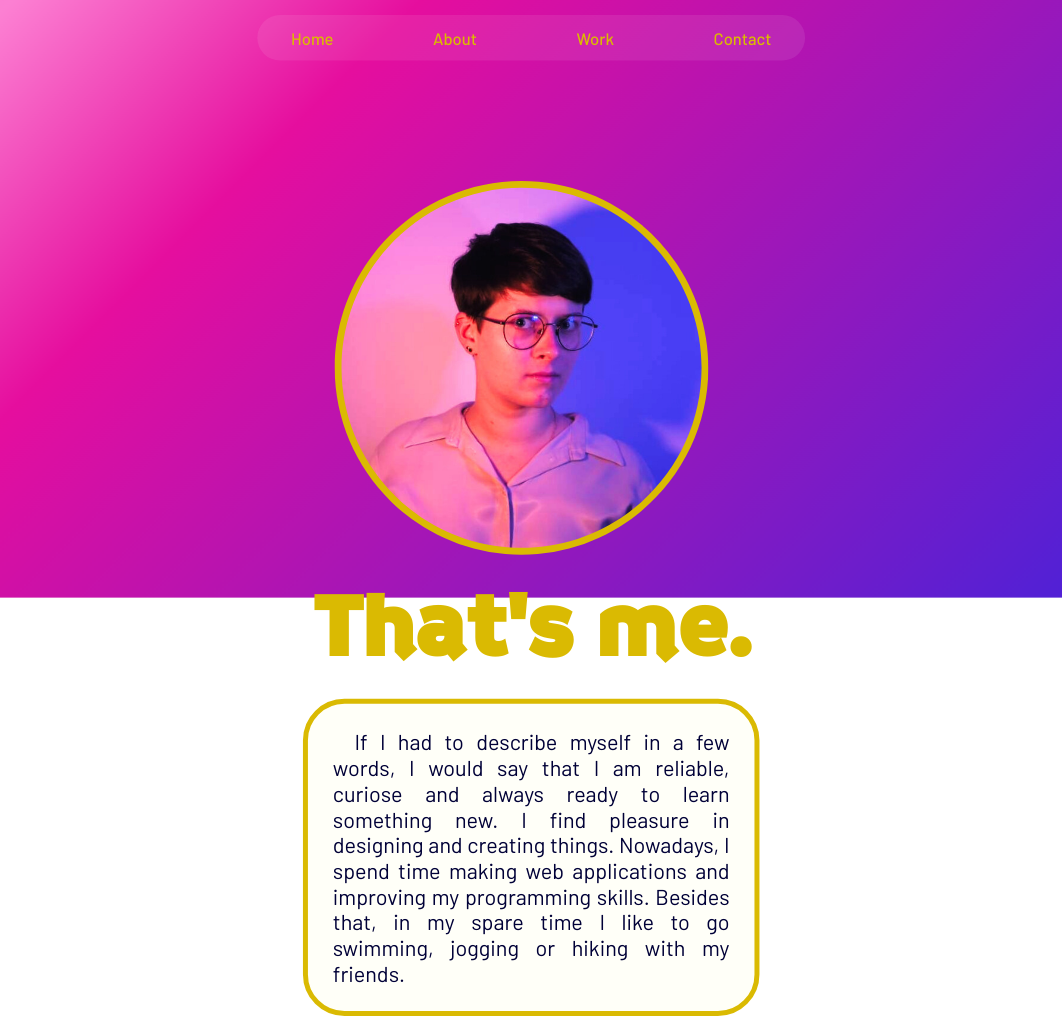
Repository: JJonka/portfolio_site
Page: /about
The author's editor kept a copy of each file at every save. The page is drawn from the files as they stood at one save, then again after the next save.
The browser window is 1280 px wide. The pictures show the whole page, at 83% of full size.
The project was rebuilt for these pictures with package versions that can differ from the ones it lists, and the page was loaded fresh each time. Also part of the build but not shown: vite.config.ts, src/pages/HomePage.tsx, src/components/LogoIcon.module.scss, src/components/LogoIcon.tsx, src/pages/Contact.tsx, src/pages/Work.module.scss, src/pages/Work.tsx.

Above is the page before, as saved 2023-10-08 16:10:41.

### index.html
<!doctype html>
<html lang="en">
  <head>
    <meta charset="UTF-8" />
    <link rel="icon" href="./src/assets/jj_logo.svg">
    <meta name="viewport" content="width=device-width, initial-scale=1.0" />
    <title>Joanna Jurasz - software developer</title>
  </head>
  <body>
    <div id="root"></div>
    <script type="module" src="/src/index.tsx"></script>
  </body>
</html>

### src/index.tsx
import React from 'react';
import ReactDOM from 'react-dom/client';
import App from './App';
import { BrowserRouter } from 'react-router-dom';


const root = ReactDOM.createRoot( document.getElementById('root') as HTMLElement);

root.render(
  <BrowserRouter>
    <App />
  </BrowserRouter>
);

### src/App.tsx
import { Routes, Route } from 'react-router-dom';
import HomePage from './pages/HomePage';
import About from './pages/About';
import Contact from './pages/Contact';
import Work from './pages/Work';
import './App.css'


const App = () => {
    return (
      <div>
      <div className='mainBackground' />
      <div className='layer1' />
      <div className='layer2' />

      <Routes>
        <Route path='/' element={ <HomePage /> } />
        <Route path='/about' element={ <About /> } />
        <Route path='/work' element={ <Work /> } />
        <Route path='/contact' element={ <Contact /> }/>
      </Routes>
      </div>
    )
}

export default App;

### src/pages/About.tsx
import Menu from "../components/Menu";
import styles from "./About.module.scss"
import EndOfSection from "../components/EndOfSection";

const About = () => {
    return (
        <div className={styles.card}>
            <Menu></Menu>
            <div className={styles.container}>
                <img src="/src/assets/jj.svg" className={styles.image} alt="Jo_pic"></img>
                <div className={styles.text}>
                    <h1 className={styles.header}>That's me.</h1>
                    <div className={styles.box}>
                        <p className={styles.aboutMe}>&emsp;If I had to describe myself in a few words, I would say that I am reliable,
                            curiose and always ready to learn something new. I find pleasure in designing and creating things. Nowadays,
                            I spend time making web applications and improving my programming skills. Besides that, in my spare time
                            I like to go swimming, jogging or hiking with my friends.
                        </p>
                    </div>
                </div>

            </div>
            <EndOfSection></EndOfSection>
        </div>
    )
};

export default About;

### src/App.css
@font-face {
  font-family: 'Barlow-Light';
  src: url(/fonts/Barlow-Light.ttf);
}

@font-face {
	font-family: 'Barlow-Regular' ;
	src: url(/fonts/Barlow-Regular.ttf);
}

body {
	display: flex;
	flex-direction: column;
    align-items: center;
    font-family: 'Barlow-Light';
	text-align: center;
    padding-left: calc(100vw - 100%);
    --main-color: #daba02;
}

.mainBackground {
    background-image: linear-gradient(135deg, #fc79d0 15%, #e40199 30% , #2719e0 85%);
    animation: slide 5s linear infinite alternate;
    animation-fill-mode: backwards;
    position: fixed;
    top: 0;
    bottom: 0;
    left: -50%;
    right: -50%;
    opacity: 0.95;
    z-index: -1;
}




@keyframes slide {
    0% {
        transform: translateX(-20%);
    }
    100% {
        transform: translateX(10%);
    }

}

### src/components/Menu.tsx
import styles from "./Menu.module.scss";
import  LinkToPage  from "./LinkToPage"

const Menu = () => {

    return (
        <div className={styles.menu}>
            <LinkToPage
                link = {'/'}
                urlTo = {"http://localhost:5173/"}
                linkTitle= {"Home"}
            ></LinkToPage>
            <LinkToPage
                link = {'/about'}
                urlTo = {"http://localhost:5173/about"}
                linkTitle= {"About"}
            ></LinkToPage>
            <LinkToPage
                link = {'/work'}
                urlTo = {"http://localhost:5173/work"}
                linkTitle= {"Work"}
            ></LinkToPage>
            <LinkToPage
                link = {'/contact'}
                urlTo = {"http://localhost:5173/contact"}
                linkTitle= {"Contact"}
            ></LinkToPage>
        </div>
    )
};

export default Menu;

### src/pages/HomePage.module.scss
@font-face {
    font-family: 'BraahOne-Regular';
    src: url(/fonts/BraahOne-Regular.ttf);
}

.header {
    color: var(--main-color);
    font-family: "BraahOne-Regular";
    font-size: 130px;
    margin-bottom: 10px;
    margin-top: 25px;
}

.introduction {
    color: var(--main-color);
    font-family: "BraahOne-Regular";
    font-size: 40px;
    font-weight: 50;
    margin-top: 5px;

}

.imgTop {
    position: absolute;
    top: 50px;
    left: 20px;
    max-width: 30%;
    max-height: 30%;
}

.imgBottom {
    position: absolute;
    bottom: 0;
    right: 30px;
    max-width: 30%;
    max-height: 30%;
}

.container {
    display: flex;
    flex-direction: column;
    align-items: center;
    position: relative;
    width: 1300px;
    height: 675px;
}

.card {
    display: flex;
    flex-direction: column;
    align-items: center;
}

### src/pages/About.module.scss
@font-face {
	font-family: 'Barlow-Regular' ;
	src: url(/fonts/Barlow-Regular.ttf);
}

.card {
    display: flex;
    flex-direction: column;
    align-items: center;
}

.header {
    color: var(--main-color);
    font-family: "BraahOne-Regular";
    font-size: 110px;
    margin-bottom: 10px;
    margin-top: 15px;
}

.container {
    align-items: center;
    display: flex;
    flex-direction: column;
    height: 900px;
    width: 1100px;
    gap: 50px;
    margin-bottom: 10px;
    margin-top: 90px;
}

.image {
    max-width: 500px;
}

.text {
    height: 400px;
    width: 550px;
    display: flex;
    flex-direction: column;
    align-items: center;
    justify-content: center;
}

.aboutMe {
    font-family: "Barlow-Regular";
    font-size: 26px;
    color:  rgb(0, 0, 55);
    margin: 0;
    padding: 30px;

}

.box {
    background-color: rgba(255, 253, 229, 0.277);
    border-color: var(--main-color);
    border-radius: 50px;
    border-style: solid;
    border-width: 6px;
    text-align: justify;
}

### src/components/EndOfSection.tsx
import styles from "./EndOfSection.module.scss"

const EndOfSection = () => {
    return (
        <img src="" className={styles.endOfSection}></img>
    )
}

export default EndOfSection

### src/pages/Contact.module.scss
@font-face {
	font-family: 'Barlow-Regular' ;
	src: url(/fonts/Barlow-Regular.ttf);
}
@font-face {
    font-family: 'Barlow-Medium';
    src: url(/fonts/Barlow-Medium.ttf);
}

.card {
    align-items: center;
    display: flex;
    flex-direction: column;
}

.container {
    display: flex;
    flex-direction: column;
    align-items: center;
    height: 500px;
    width: 1100px;
    margin-top: 50px;
}

.header {
    color: var(--main-color);
    font-family: "BraahOne-Regular";
    font-size: 70px;
    margin-bottom: 10px;
    margin-top: 30px;

}

.logos {
    display: flex;
    flex-direction: row;
    gap: 250px;
    margin-top: 50px;
    margin-bottom: 120px;
    justify-content: center;
    width: 1000px;
}

a {
    text-decoration: none;
}

### src/components/Menu.module.scss
@font-face {
    font-family: 'Barlow-Medium';
    src: url(/fonts/Barlow-Medium.ttf);
}


.menu {
    border-radius: 50px;
    font-family: 'Barlow-Medium';
    font-size: 20px;
    margin-top: 10px;
    margin-bottom: 30px;
    width: 620px;
    height: 15px;
    padding: 20px;
    display: flex;
    flex-direction: row;
    align-items: center;
    justify-content: center;
    column-gap: 30px;
    background-color:rgba(255, 255, 255, 0.083);;

}

### src/components/LinkToPage.tsx
import { Link } from "react-router-dom";
import styles from "./LinkToPage.module.scss"

interface LinkTo  {
    link: string
    urlTo: string
    linkTitle: string
}

const LinkToPage = (props: LinkTo) => {
    return (
        <div>
            <Link to={props.link} className={document.URL == props.urlTo ? styles.active : styles.link}>{props.linkTitle} </Link>
        </div>
    )
}

export default LinkToPage

### src/components/EndOfSection.module.scss
.endOfSection {
    max-width: 150px;
}

### src/components/LinkToPage.module.scss
.link {
    text-decoration: none;
    color: var(--main-color);
    margin: 10px 25px;
    padding: 5px 20px;
}

.link:hover {
    margin: 10px 25px;
    padding: 5px 20px;
    background-color: rgba(255, 255, 255, 0.259);
    border-radius: 50px;
    transition: background-color 1s;
}

.active {
    text-decoration: none;
    color: var(--main-color);
    margin: 10px 25px;
    padding: 5px 20px;
    background-color: rgba(255, 255, 255, 0.259);
    border-radius: 50px;
}

After the next save:
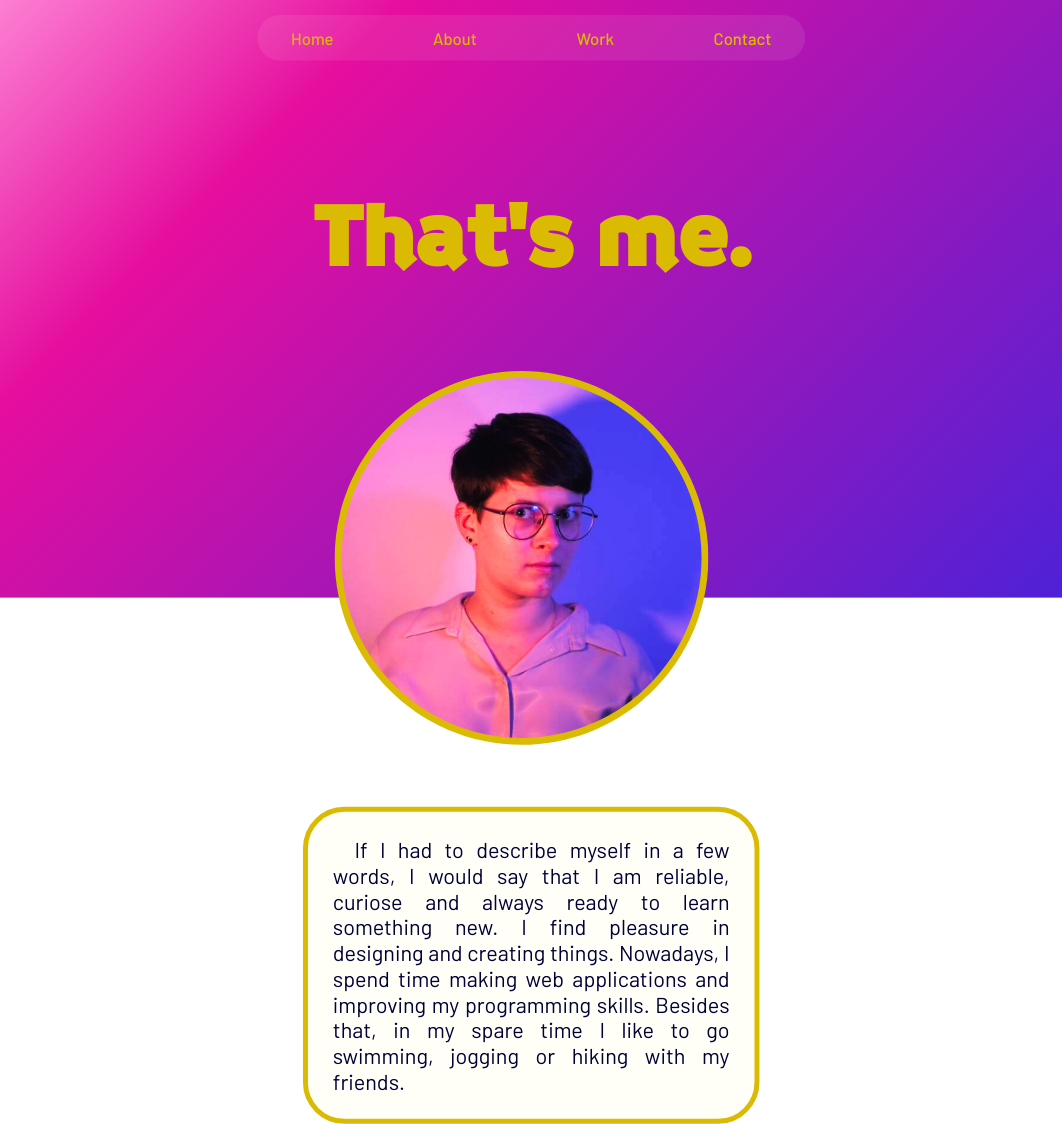
Saved 60 s later.
--- a/src/pages/About.tsx
+++ b/src/pages/About.tsx
@@ -7,9 +7,9 @@ const About = () => {
         <div className={styles.card}>
             <Menu></Menu>
             <div className={styles.container}>
+                <h1 className={styles.header}>That's me.</h1>
                 <img src="/src/assets/jj.svg" className={styles.image} alt="Jo_pic"></img>
                 <div className={styles.text}>
-                    <h1 className={styles.header}>That's me.</h1>
                     <div className={styles.box}>
                         <p className={styles.aboutMe}>&emsp;If I had to describe myself in a few words, I would say that I am reliable,
                             curiose and always ready to learn something new. I find pleasure in designing and creating things. Nowadays,
